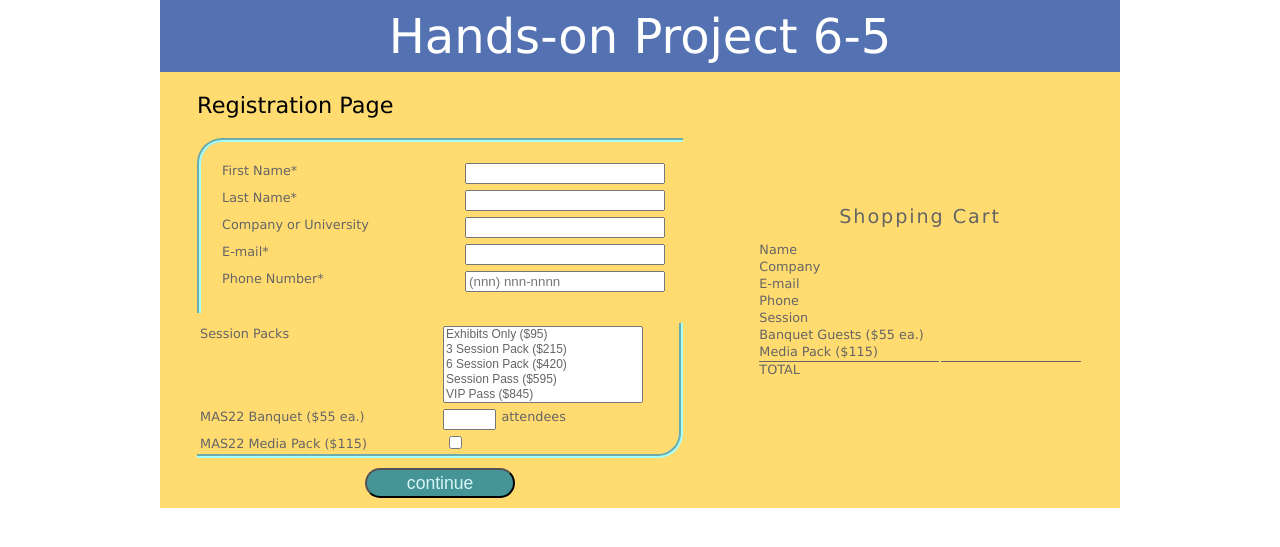
Repository: sandhya8109/hbommi_srimal4-js06-main
Page: hbommi_srimal4-js06-main/project05/project06-05_txt.html
An editor plug-in stored every save of this project. The page is shown before and after the next save, followed by the edit.
The browser window is 1280 px wide. The pictures show the whole page.

Above is the page before, as saved 2025-03-07 14:53:57.
Console error: SyntaxError: Unexpected token '<'

### hbommi_srimal4-js06-main/project05/project06-05_txt.html
<!DOCTYPE html>
<html>
<head>
   <!--
      JavaScript 7th Edition
      Chapter 6
      Hands-on Project 6-5

      Author:
      Date:

      Filename: project06-05.html
   -->
   <meta charset="utf-8" />
   <meta name="viewport" content="width=device-width,initial-scale=1.0">
   <title>Hands-on Project 6-5</title>
   <link rel="stylesheet" href="styles.css" />
</head>

<body>
   <header>
      <h1>
         Hands-on Project 6-5
      </h1>
   </header>

   <article>
   <section>
      <h1>Registration Page</h1>
      <form id="register" name="register" method="get" action="formsubmit.html">
         <fieldset id="contactInfo">
            <label for="fnBox">First Name*</label>
            <input name="firstName" id="fnBox" type="text" required />

            <label for="lnBox">Last Name*</label>
            <input name="lastName" id="lnBox" type="text" required />

            <label for="groupBox">Company or University</label>
            <input name="group" id="groupBox" type="text" />

            <label for="mailBox">E-mail*</label>
            <input name="email" id="mailBox" type="email" required />

            <label for="phoneBox">Phone Number*</label>
            <input name="phoneNumber" id="phoneBox" type="tel" pattern="^\d{10}$|^(\(\d{3}\)\s*)?\d{3}[\s-]?\d{4}$"
                   required placeholder="(nnn) nnn-nnnn" />
         </fieldset>

         <fieldset id="confChoices">
            <label for="sessionBox">Session Packs</label>
            <select id="sessionBox" name="sessionOption" size="5" required>
               <option value="95">Exhibits Only ($95)</option>
               <option value="215">3 Session Pack ($215)</option>
               <option value="420">6 Session Pack ($420)</option>
               <option value="595">Session Pass ($595)</option>
               <option value="845">VIP Pass ($845)</option>
            </select>
            <label for="banquet">MAS22 Banquet ($55 ea.)</label>
            <input type="number" min="0" max="10" id="banquetBox" name="banquetGuests" /><span> attendees</span>

            <label for="mediaPack">MAS22 Media Pack ($115)</label>
            <input type="checkbox" name="mediaPack" id="mediaCB" value="115" />

         </fieldset>

         <input id="regSubmit" type="submit" value="continue" />
      </form>
   </section>

   <aside id="reg1Aside">
      <table>
         <caption>Shopping Cart</caption>
         <tr><th>Name</th><td><span id="regName"></span></td></tr>
         <tr><th>Company</th><td><span id="regGroup"></span></td></tr>
         <tr><th>E-mail</th><td><span id="regEmail"></span></td></tr>
         <tr><th>Phone</th><td><span id="regPhone"></span></td></tr>
         <tr><th>Session</th><td><span id="regSession"></span></td></tr>
         <tr><th>Banquet Guests ($55 ea.)</th><td><span id="regBanquet"></span></td></tr>
         <tr><th>Media Pack ($115)</th><td><span id="regPack"></span></td></tr>
         <tr><th>TOTAL</th><td><span id="regTotal"></span></td></tr>
      </table>
   </aside>
   </article>
   <script src="./project06-05_txt.js"></script>
</body>
</html>

### hbommi_srimal4-js06-main/project05/styles.css
/*  JavaScript 7th Edition
    Chapter 6
    Hands-on Project 6-5

    Filename: styles.css
*/

/* apply a natural box layout model to all elements */
* {
   -moz-box-sizing: border-box;
   -webkit-box-sizing: border-box;
   box-sizing: border-box;
}

/* reset rules */
html, body, div, span, applet, object, iframe,
h1, h2, h3, h4, h5, h6, p, blockquote, pre,
a, abbr, acronym, address, big, cite, code,
del, dfn, em, img, ins, kbd, q, s, samp,
small, strike, strong, sub, sup, tt, var,
b, u, i, center,
dl, dt, dd, ol, ul, li,
fieldset, form, label, legend,
table, caption, tbody, tfoot, thead, tr, th, td,
article, aside, canvas, details, embed,
figure, figcaption, footer, header, hgroup,
menu, nav, output, ruby, section, summary,
time, mark, audio, video {
   margin: 0;
   padding: 0;
   border: 0;
   font-size: 100%;
   font: inherit;
   vertical-align: baseline;
}

/* HTML5 display-role reset for older browsers */
article, aside, details, figcaption, figure,
footer, header, hgroup, menu, nav, section {
   display: block;
}

body {
   background: white;
   width: 960px;
   margin: 0 auto;
   font-family: Verdana, Geneva, sans-serif;
}

ol, ul {
   list-style: none;
}

/* page header */
header {
   background: #5472B2;
   width: 100%;
   color: #FFFFFF;
   font-size: 48px;
   text-align: center;
   line-height: 1.5em;
}

/* main content */
article {
   text-align: left;
   background: #FFDB70;
   position: relative;
}



/*-------------------- Project Styles ------------------*/

/* HTML and Body styles */


article {
   background: #FFDB70;
   font-family: Verdana, Geneva, sans-serif;
   display: flex;
   flex-flow: row wrap;
   align-items: center;
   justify-content: space-around;
}

section h1 {
   font-size: 1.4em;
   margin: 20px 0;
}



/* Form Layout Styles */

section fieldset {
   padding: 0;
}

section fieldset:first-of-type {
   margin: 10px 0px;
   padding: 18px;
   border-right: none;
   border-bottom: none;
   border-left: 4px groove rgb(165, 255, 255);
   border-top: 4px groove rgb(165, 255, 255);
   border-radius: 25px;
   border-top-right-radius: 0px;
   border-bottom-left-radius: 0px;
}

section fieldset:last-of-type {
   margin: 10px 0px;
   border-top: none;
   border-left: none;
   border-right: 4px groove rgb(165, 255, 255);
   border-bottom: 4px groove rgb(165, 255, 255);
   border-radius: 25px;
   border-top-right-radius: 0px;
   border-bottom-left-radius: 0px;
}

section label {
   display: block;
   float: left;
   clear: left;
   margin: 3px;
   width: 240px;
   font-size: 0.8em;
   color: rgb(101, 101, 101);
}

section input, section select {
   display: block;
   float: left;
   margin: 3px 0px;
   width: 200px;
   color: rgb(101, 101, 101);
}

section input[type="checkbox"] {
   width: 25px;
}

section input#banquetBox {
   width: 4em;
}

section select {
   font-size: 0.75em;
   color: rgb(101, 101, 101);
}

section span {
   display: block;
   width: 100px;
   float: left;
   margin: 3px 0px 3px 5px;
   font-size: 0.8em;
   color: rgb(101, 101, 101);
}

section label.cardLabel {
   display: inline-block;
   width: 50px;
   float: none;
}

section input[type='radio'] {
   width: 20px;
   display: inline-block;
}

section img {
   display: inline
}

section input#subButton, section input#regSubmit {
   background-color: rgb(69, 149, 151);
   color: rgb(216, 245, 245);
   border-radius: 20px;
   float: none;
   display: block;
   font-size: 1.1em;
   height: 30px;
   width: 150px;
   clear: left;
   margin: 10px auto;
}

section fieldset#cards {
   border: none;
}

aside#reg1Aside table {
   width: 100%;
}

aside#reg2Aside table {
   width: auto;
   margin: 20px auto;
}

aside table caption {
   font-size: 1.2em;
   font-weight: normal;
   text-align: center;
   letter-spacing: 0.1em;
   margin: 4px 0px 12px 0px;
   caption-side: top;
   color: rgb(101, 101, 101);
}

aside table th {
   vertical-align: top;
   font-weight: normal;
   text-align: left;
   font-size: 0.8em;
   color: rgb(101, 101, 101);
   padding-right: 15px;
}

aside table td {
   vertical-align: top;
   font-size: 0.8em;
   letter-spacing: 0.1em;
   width: 140px;
   background-color: transparent;
   color: rgb(101, 101, 101);
}




aside table tr:last-of-type th, aside table tr:last-of-type td {
   border-top: 1px solid rgb(101, 101, 101);
}


/* Validation Styles */

input:focus, select:focus {
   background-color: rgb(245, 245, 140);
}

input#fnBox:focus:valid,
input#lnBox:focus:valid,
input#groupBox:focus:valid,
input#mailBox:focus:valid,
input#phoneBox:focus:valid {
   background-color: rgb(220, 255, 220);
}

input#fnBox:focus:invalid,
input#lnBox:focus:invalid,
input#groupBox:focus:invalid,
input#mailBox:focus:invalid,
input#phoneBox:focus:invalid {
   background-color: rgb(255, 232, 232);
}

### hbommi_srimal4-js06-main/project05/project06-05_txt.js
"use strict";
      window.addEventListener("load", function() {
         calcCart();
         document.getElementById("regSubmit").addEventListener("click", sessionTest);
         document.getElementById("fnBox").addEventListener("blur", calcCart);
         document.getElementById("lnBox").addEventListener("blur", calcCart);
         document.getElementById("groupBox").addEventListener("blur", calcCart);
         document.getElementById("mailBox").addEventListener("blur", calcCart);
         document.getElementById("phoneBox").addEventListener("blur", calcCart);
         document.getElementById("sessionBox").addEventListener("change", calcCart);
         document.getElementById("banquetBox").addEventListener("blur", calcCart);
         document.getElementById("mediaCB").addEventListener("click", calcCart);
      });
      function sessionTest(event) {
         let confSession = document.getElementById("sessionBox");
         if (confSession.selectedIndex === -1) {
            alert("Please select a Session Package.");
            event.preventDefault();
         }
      }
      function calcCart() {
         let form = document.forms.register;
         let guestCount = form.elements.banquetGuests.value;
         let guestCost = guestCount * 55;
         document.getElementById("regBanquet").textContent = guestCount || "0";
         let sessionCost = 0;
         let sessionChoice = "";
         let sessionBox = document.getElementById("sessionBox");
         if (sessionBox.selectedIndex !== -1) {
            sessionChoice = sessionBox.options[sessionBox.selectedIndex].text;
            sessionCost = parseFloat(sessionBox.value);
         }
         let mediaCost = form.elements.mediaPack.checked ? 115 : 0;
         let mediaChoice = form.elements.mediaPack.checked ? "Yes" : "No";
         let totalCost = guestCost + sessionCost + mediaCost;
         document.getElementById("regName").textContent = form.elements.firstName.value + " " + form.elements.lastName.value;
         document.getElementById("regGroup").textContent = form.elements.group.value || "N/A";
         document.getElementById("regEmail").textContent = form.elements.email.value;
         document.getElementById("regPhone").textContent = form.elements.phoneNumber.value;
         document.getElementById("regSession").textContent = sessionChoice || "None";
         document.getElementById("regPack").textContent = mediaChoice;
         document.getElementById("regTotal").textContent = totalCost.toLocaleString("en-US", { style: "currency", currency: "USD" });
      }</body>
</html>

After the next save:
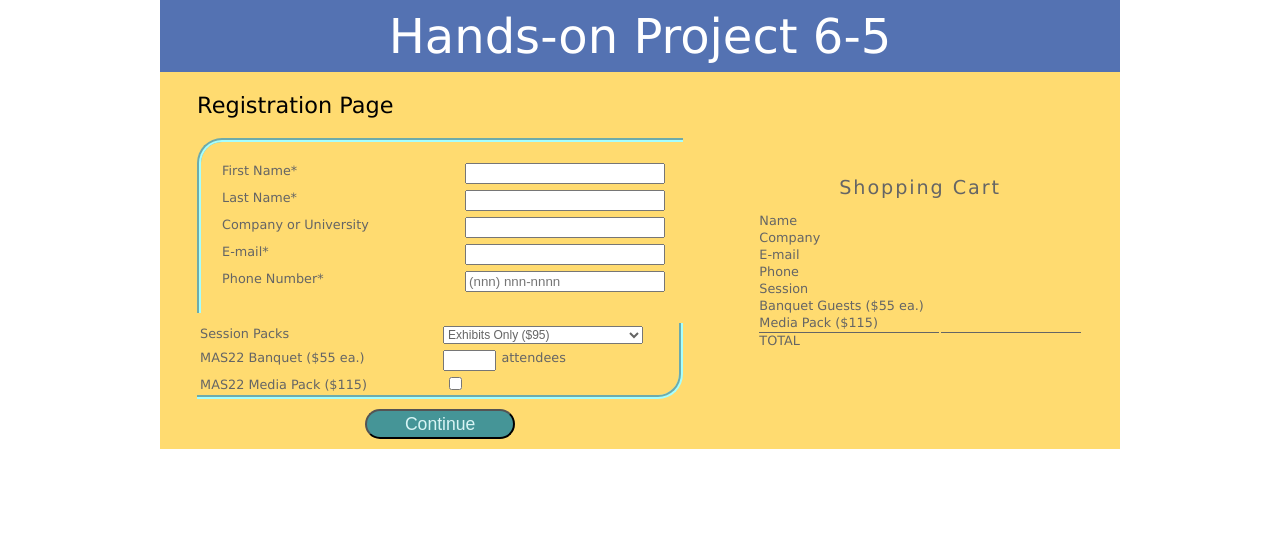
Saved 9 s later.
--- a/hbommi_srimal4-js06-main/project05/project06-05_txt.html
+++ b/hbommi_srimal4-js06-main/project05/project06-05_txt.html
@@ -1,85 +1,69 @@
 <!DOCTYPE html>
 <html>
 <head>
-   <!--
-      JavaScript 7th Edition
-      Chapter 6
-      Hands-on Project 6-5
-
-      Author:
-      Date:
-
-      Filename: project06-05.html
-   -->
    <meta charset="utf-8" />
    <meta name="viewport" content="width=device-width,initial-scale=1.0">
    <title>Hands-on Project 6-5</title>
    <link rel="stylesheet" href="styles.css" />
 </head>
-
 <body>
    <header>
-      <h1>
-         Hands-on Project 6-5
-      </h1>
+      <h1>Hands-on Project 6-5</h1>
    </header>
+   <article>
+      <section>
+         <h1>Registration Page</h1>
+         <form id="register" name="register" method="get" action="formsubmit.html">
+            <fieldset>
+               <label for="fnBox">First Name*</label>
+               <input name="firstName" id="fnBox" type="text" required />
 
-   <article>
-   <section>
-      <h1>Registration Page</h1>
-      <form id="register" name="register" method="get" action="formsubmit.html">
-         <fieldset id="contactInfo">
-            <label for="fnBox">First Name*</label>
-            <input name="firstName" id="fnBox" type="text" required />
+               <label for="lnBox">Last Name*</label>
+               <input name="lastName" id="lnBox" type="text" required />
 
-            <label for="lnBox">Last Name*</label>
-            <input name="lastName" id="lnBox" type="text" required />
+               <label for="groupBox">Company or University</label>
+               <input name="group" id="groupBox" type="text" />
 
-            <label for="groupBox">Company or University</label>
-            <input name="group" id="groupBox" type="text" />
+               <label for="mailBox">E-mail*</label>
+               <input name="email" id="mailBox" type="email" required />
 
-            <label for="mailBox">E-mail*</label>
-            <input name="email" id="mailBox" type="email" required />
+               <label for="phoneBox">Phone Number*</label>
+               <input name="phoneNumber" id="phoneBox" type="tel" pattern="^\d{10}$|^(\(\d{3}\)\s*)?\d{3}[\s-]?\d{4}$" required placeholder="(nnn) nnn-nnnn" />
+            </fieldset>
 
-            <label for="phoneBox">Phone Number*</label>
-            <input name="phoneNumber" id="phoneBox" type="tel" pattern="^\d{10}$|^(\(\d{3}\)\s*)?\d{3}[\s-]?\d{4}$"
-                   required placeholder="(nnn) nnn-nnnn" />
-         </fieldset>
+            <fieldset>
+               <label for="sessionBox">Session Packs</label>
+               <select id="sessionBox" name="sessionOption" required>
+                  <option value="95">Exhibits Only ($95)</option>
+                  <option value="215">3 Session Pack ($215)</option>
+                  <option value="420">6 Session Pack ($420)</option>
+                  <option value="595">Session Pass ($595)</option>
+                  <option value="845">VIP Pass ($845)</option>
+               </select>
+               <label for="banquetBox">MAS22 Banquet ($55 ea.)</label>
+               <input type="number" min="0" max="10" id="banquetBox" name="banquetGuests" /><span> attendees</span>
 
-         <fieldset id="confChoices">
-            <label for="sessionBox">Session Packs</label>
-            <select id="sessionBox" name="sessionOption" size="5" required>
-               <option value="95">Exhibits Only ($95)</option>
-               <option value="215">3 Session Pack ($215)</option>
-               <option value="420">6 Session Pack ($420)</option>
-               <option value="595">Session Pass ($595)</option>
-               <option value="845">VIP Pass ($845)</option>
-            </select>
-            <label for="banquet">MAS22 Banquet ($55 ea.)</label>
-            <input type="number" min="0" max="10" id="banquetBox" name="banquetGuests" /><span> attendees</span>
+               <label for="mediaCB">MAS22 Media Pack ($115)</label>
+               <input type="checkbox" name="mediaPack" id="mediaCB" value="115" />
+            </fieldset>
 
-            <label for="mediaPack">MAS22 Media Pack ($115)</label>
-            <input type="checkbox" name="mediaPack" id="mediaCB" value="115" />
+            <input id="regSubmit" type="submit" value="Continue" />
+         </form>
+      </section>
 
-         </fieldset>
-
-         <input id="regSubmit" type="submit" value="continue" />
-      </form>
-   </section>
-
-   <aside id="reg1Aside">
-      <table>
-         <caption>Shopping Cart</caption>
-         <tr><th>Name</th><td><span id="regName"></span></td></tr>
-         <tr><th>Company</th><td><span id="regGroup"></span></td></tr>
-         <tr><th>E-mail</th><td><span id="regEmail"></span></td></tr>
-         <tr><th>Phone</th><td><span id="regPhone"></span></td></tr>
-         <tr><th>Session</th><td><span id="regSession"></span></td></tr>
-         <tr><th>Banquet Guests ($55 ea.)</th><td><span id="regBanquet"></span></td></tr>
-         <tr><th>Media Pack ($115)</th><td><span id="regPack"></span></td></tr>
-         <tr><th>TOTAL</th><td><span id="regTotal"></span></td></tr>
-      </table>
-   </aside>
+      <aside>
+         <table>
+            <caption>Shopping Cart</caption>
+            <tr><th>Name</th><td><span id="regName"></span></td></tr>
+            <tr><th>Company</th><td><span id="regGroup"></span></td></tr>
+            <tr><th>E-mail</th><td><span id="regEmail"></span></td></tr>
+            <tr><th>Phone</th><td><span id="regPhone"></span></td></tr>
+            <tr><th>Session</th><td><span id="regSession"></span></td></tr>
+            <tr><th>Banquet Guests ($55 ea.)</th><td><span id="regBanquet"></span></td></tr>
+            <tr><th>Media Pack ($115)</th><td><span id="regPack"></span></td></tr>
+            <tr><th>TOTAL</th><td><span id="regTotal"></span></td></tr>
+         </table>
+      </aside>
    </article>
    <script src="./project06-05_txt.js"></script>
 </body>
